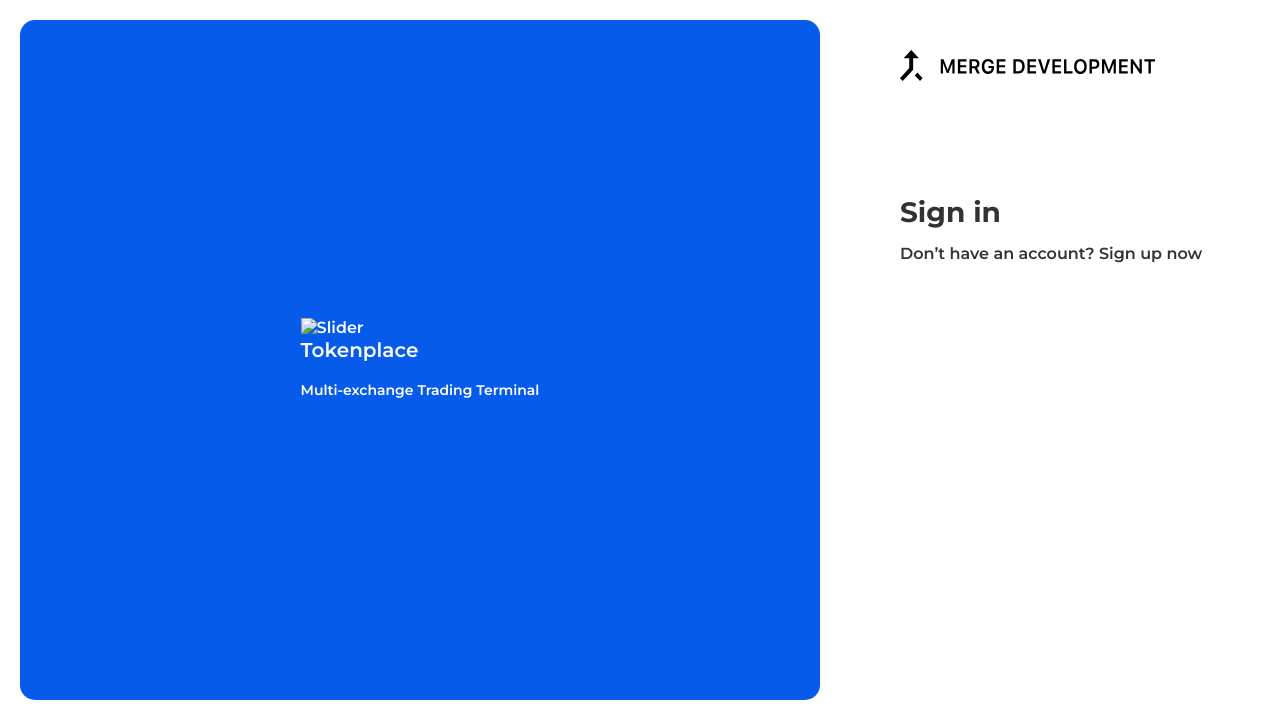
Repository: 13RedFox/form-project
Page: /
The author's editor kept a copy of each file at every save. The page is drawn from the files as they stood at one save, then again after a run of saves.
The browser window is 1280 px wide. The pictures show the whole page.
The project was rebuilt for these pictures with package versions that can differ from the ones it lists, and the page was loaded fresh each time.

Above is the page before, as saved 2021-08-04 17:59:37.

After the next 2 saves:
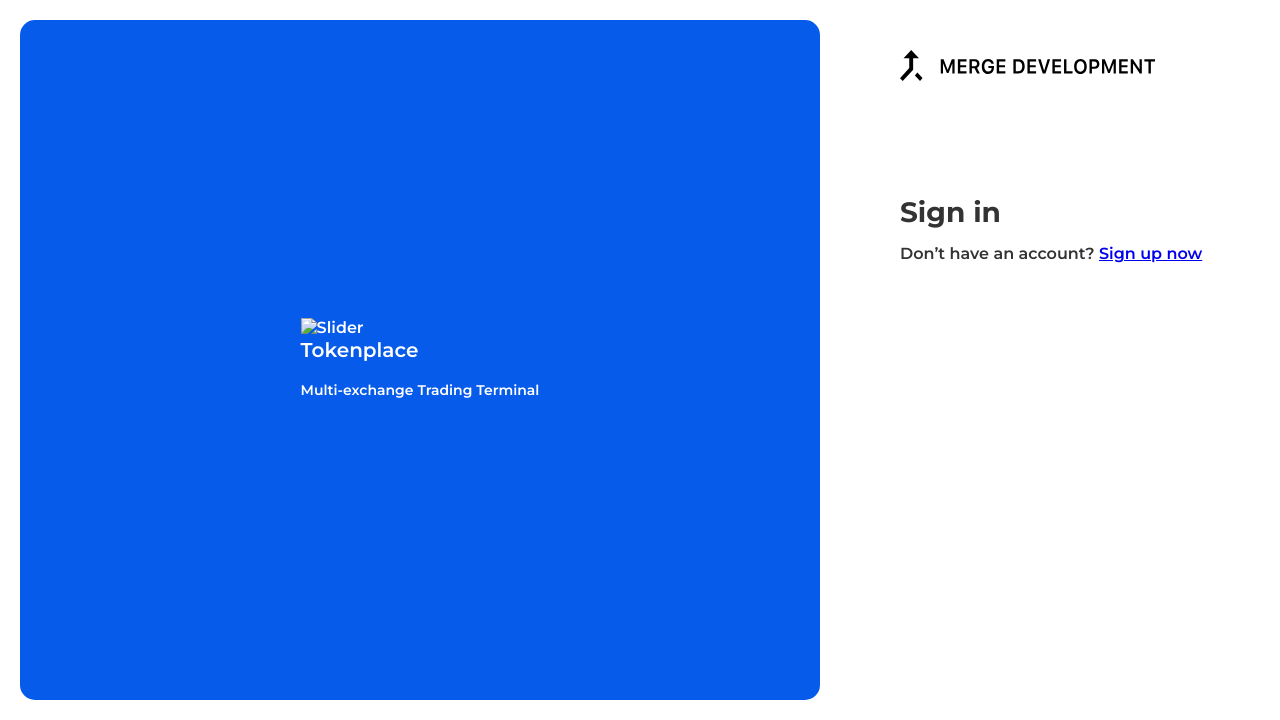
The 2 saves are shown as one change because 1 did not build or start.
The last was saved 89 s later.
--- a/src/components/Form/Form.jsx
+++ b/src/components/Form/Form.jsx
@@ -7,8 +7,11 @@
       <LogoIcon className={styles.icon} />
       <form action="#">
         <h1 className={styles.title}>Sign in</h1>
-        <p>
-          Don’t have an account? <span>Sign up now</span>
+        <p className={styles.text}>
+          Don’t have an account?{' '}
+          <a href="#" className={styles.signUp}>
+            Sign up now
+          </a>
         </p>
       </form>
     </div>
